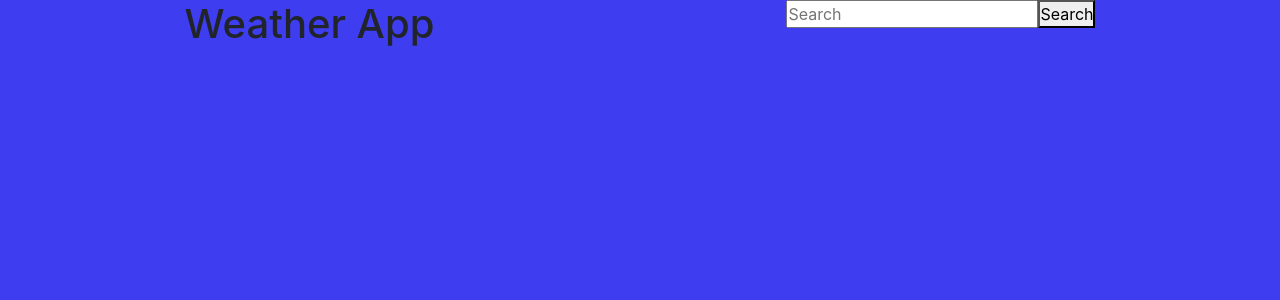
Repository: bhaveshtrades/weatherapp
Page: /
These files come from the project's save history. The page is drawn as it stood at one moment and after the next save; the edit follows.
The browser window is 1280 px wide. The pictures show the whole page.
The project was rebuilt for these pictures with package versions that can differ from the ones it lists, and the page was loaded fresh each time. Also part of the build but not shown: src/components/CurrentWeather.jsx.

Above is the page before, as saved 2023-01-08 19:06:15.

### public/index.html
<!DOCTYPE html>
<html lang="en">
  <head>
    <meta charset="utf-8" />
    <link rel="icon" href="%PUBLIC_URL%/favicon.ico" />
    <meta name="viewport" content="width=device-width, initial-scale=1" />
    <meta name="theme-color" content="#000000" />
    <meta
      name="description"
      content="Web site created using create-react-app"
    />
    <link rel="apple-touch-icon" href="%PUBLIC_URL%/logo192.png" />
    <!--
      manifest.json provides metadata used when your web app is installed on a
      user's mobile device or desktop. See https://developers.google.com/web/fundamentals/web-app-manifest/
    -->
    <link rel="manifest" href="%PUBLIC_URL%/manifest.json" />
    <link href="https://cdn.jsdelivr.net/npm/bootstrap@5.3.0-alpha1/dist/css/bootstrap.min.css" rel="stylesheet" integrity="sha384-GLhlTQ8iRABdZLl6O3oVMWSktQOp6b7In1Zl3/Jr59b6EGGoI1aFkw7cmDA6j6gD" crossorigin="anonymous" />
  </head>

    <!--
      Notice the use of %PUBLIC_URL% in the tags above.
      It will be replaced with the URL of the `public` folder during the build.
      Only files inside the `public` folder can be referenced from the HTML.

      Unlike "/favicon.ico" or "favicon.ico", "%PUBLIC_URL%/favicon.ico" will
      work correctly both with client-side routing and a non-root public URL.
      Learn how to configure a non-root public URL by running `npm run build`.
    -->
    <title>React App</title>
  </head>
  <body>
    <noscript>You need to enable JavaScript to run this app.</noscript>
    <div id="root"></div>
    <!--
      This HTML file is a template.
      If you open it directly in the browser, you will see an empty page.

      You can add webfonts, meta tags, or analytics to this file.
      The build step will place the bundled scripts into the <body> tag.

      To begin the development, run `npm start` or `yarn start`.
      To create a production bundle, use `npm run build` or `yarn build`.
    -->
  </body>
  <script src="https://cdn.jsdelivr.net/npm/@popperjs/core@2.11.6/dist/umd/popper.min.js" integrity="sha384-oBqDVmMz9ATKxIep9tiCxS/Z9fNfEXiDAYTujMAeBAsjFuCZSmKbSSUnQlmh/jp3" crossorigin="anonymous"></script>
  <script src="https://cdn.jsdelivr.net/npm/bootstrap@5.3.0-alpha1/dist/js/bootstrap.min.js" integrity="sha384-mQ93GR66B00ZXjt0YO5KlohRA5SY2XofN4zfuZxLkoj1gXtW8ANNCe9d5Y3eG5eD" crossorigin="anonymous"></script>
</html>

### src/App.js
import React, { useState } from 'react';
import './App.css';
import CurrentWeather from './components/CurrentWeather';
import Navbar from './components/Navbar';

function App() {

    const apiKey = process.env.REACT_APP_API_KEY;

    const[city, setCity] = useState();
    const[weatherData, setWeatherData] = useState([]);
    const[country, setCountry] = useState();
    const[location, setLocation] = useState();
    const[currentDate, setCurrentDate] = useState();
    const[currentDay, setCurrentDay] = useState();
    const[currentMonth, setCurrentMonth] = useState();
    const[currentIcon, setCurrentIcon] = useState();
    const[currentTemp, setCurrentTemp] = useState();
    const[currentStatus, setCurrentStatus] = useState();


    const weekDays = ['Sunday', 'Monday', 'Tuesday', 'Wednesday', 'Thursday', 'Friday', 'Saturday'];
    const months = ["January","February","March","April","May","June","July","August","September","October","November","December"];

    const currentAPI = `http://api.weatherapi.com/v1/current.json?key=${apiKey}&q=${city}`;

     const getWeather = (e)=>{
      e.preventDefault();
      fetch(currentAPI).then(data => data.json())
      .then((response)=>{
        setWeatherData([response]);
        setCountry(response.location.country);
        setLocation(response.location.name);
        setCurrentDate(new Date(`${response.current.last_updated}`).getDate());
        setCurrentDay(new Date(`${response.current.last_updated}`).getDay());
        setCurrentMonth(new Date(`${response.current.last_updated}`).getMonth());
        setCurrentIcon(response.current.condition.icon);
        setCurrentTemp(response.current.temp_c);
        setCurrentStatus(response.current.condition.text);
      });
    }


  return (
    <>
    <Navbar resultProp={getWeather} cityProp={(e)=>{setCity(e.target.value)}}/>
    {weatherData.length !==0 && <CurrentWeather countryProp={country} locationProp={location} dayProp={weekDays[currentDay]} dateProp={currentDate} monthProp={months[currentMonth]} currentIconProp={currentIcon} currentTempProp={currentTemp} currentStatusProp={currentStatus}/>}
    </>
  );
}

export default App;

### src/App.css
*{
  padding: 0;
  margin: 0;
}

body{
  background-color: rgba(61, 61, 240, 0.993);
}

.nDiv1{
  display: flex;
  justify-content: center;
  gap: 22rem;
}

.cDiv1{
  margin-top: 4rem;
  padding-left: 7rem;
  color: whitesmoke;
}

.cDiv2{
  display: flex;
}

.cDiv3{
  display: flex;
  gap: 4rem;
  justify-content: center;
}

.cDiv5{
  padding-top: 2rem;
}

.cDiv6{
  padding-left: 2rem;
}

.currentIcon{
  height: 8rem;
  width: 8rem;
}

### src/components/Navbar.jsx
import React from 'react'

function Navbar({resultProp, cityProp}){

  return (
    <>
    <div className='nDiv1'>
    <div className='nDiv2'>
    <h1>Weather App</h1>
    </div>
    <div className='nDiv3'>
    <form className='searchBox' role="search" onSubmit={resultProp}>
        <input className='searchInput' placeholder='Search' onChange={cityProp}/>
        <button className='searchButton' type="submit">Search</button>
    </form>
    </div>
    </div>
    </>
  )
}

export default Navbar;

Loaded but not shown: src/index.js (common file); src/index.css (common file); src/reportWebVitals.js (common file)

After the next save:
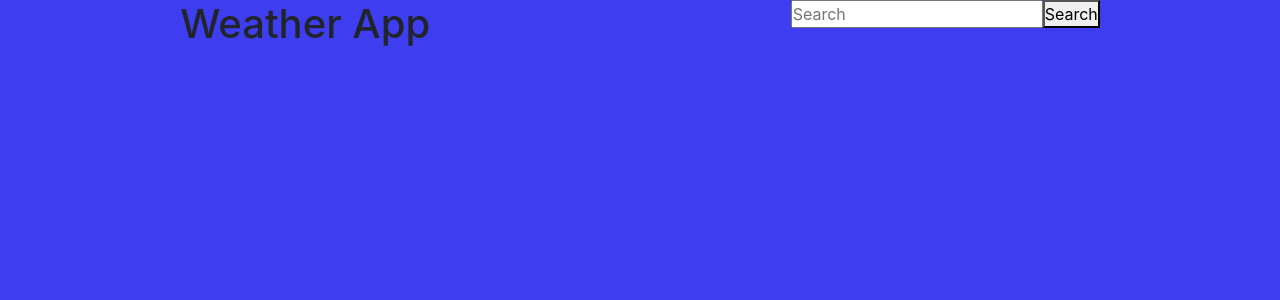
Saved 10 s later.
--- a/src/App.css
+++ b/src/App.css
@@ -9,8 +9,7 @@ body{
 
 .nDiv1{
   display: flex;
-  justify-content: center;
-  gap: 22rem;
+  justify-content: space-around;
 }
 
 .cDiv1{
